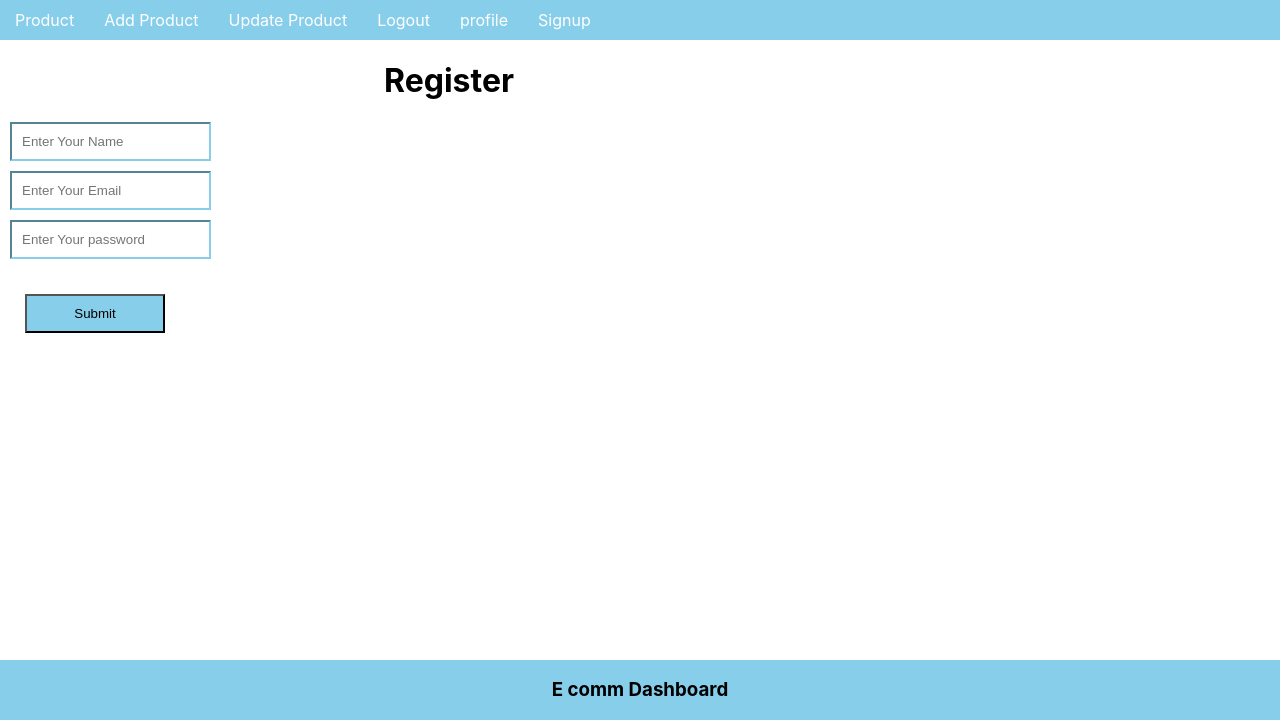
Repository: ShahbazGurmani/react-code-e-dashboard
Page: /signup
These files come from the project's save history. The page is drawn as it stood at one moment and after the next save; the edit follows.
The browser window is 1280 px wide. The pictures show the whole page.
The project was rebuilt for these pictures with package versions that can differ from the ones it lists, and the page was loaded fresh each time.

Above is the page before, as saved 2023-08-23 22:29:40.

After the next save:
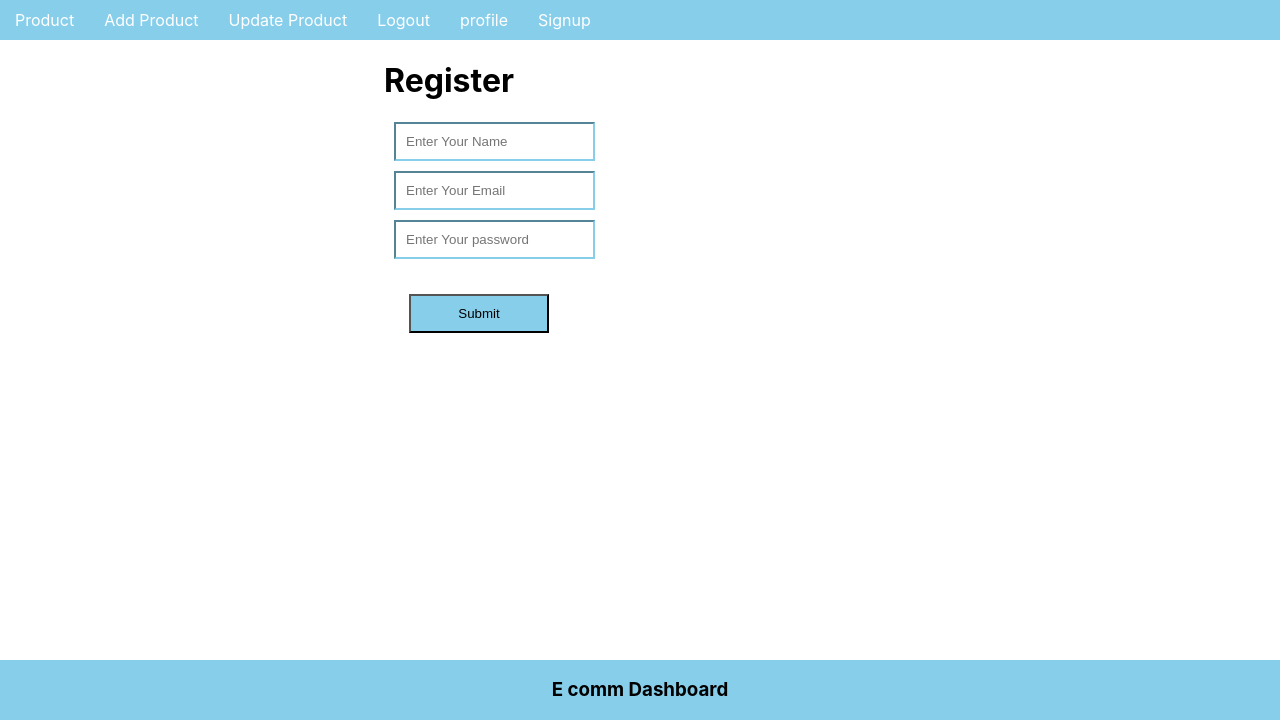
Saved 13 s later.
--- a/src/components/Signup.js
+++ b/src/components/Signup.js
@@ -2,8 +2,8 @@ import React from "react";
 
 const Signup = ()=>{
     return (
-        <div>
-            <h1 className="register">Register</h1>
+        <div className="register">
+            <h1 >Register</h1>
             <input className="inputBox" type="text" placeholder="Enter Your Name"/>
             <input className="inputBox"  type="text" placeholder="Enter Your Email"/>
             <input className="inputBox" type="password" placeholder="Enter Your password"/>
